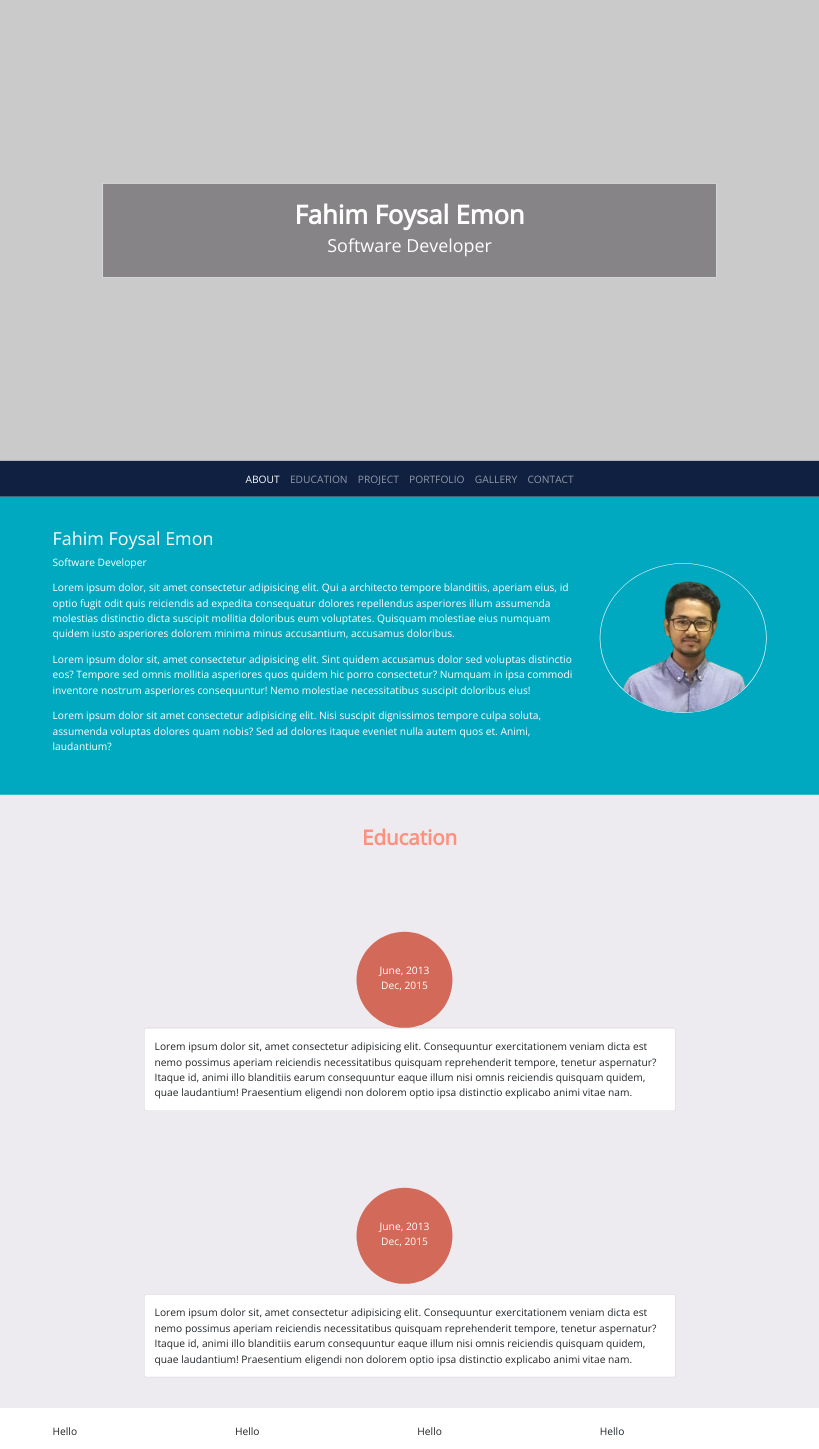
Repository: emowzz/emowzz.github.io
Page: index.html
An editor plug-in stored every save of this project. The page is shown before and after the next save, followed by the edit.
The browser window is 1280 px wide. The pictures show the whole page, at 64% of full size.
Some web libraries are served in a nearby version.

Above is the page before, as saved 2021-03-17 23:08:11.

### index.html
<!doctype html>
<html lang="en">

<head>
  <!-- Required meta tags -->
  <meta charset="utf-8">
  <meta name="viewport" content="width=device-width, initial-scale=1">
  <link rel="shortcut icon" type="image/png" href="./Image/myImgZoom.jpg">
  <!-- Bootstrap CSS -->
  <link href="https://cdn.jsdelivr.net/npm/bootstrap@5.0.0-beta2/dist/css/bootstrap.min.css" rel="stylesheet"
    integrity="sha384-BmbxuPwQa2lc/FVzBcNJ7UAyJxM6wuqIj61tLrc4wSX0szH/Ev+nYRRuWlolflfl" crossorigin="anonymous">
  <link rel="preconnect" href="https://fonts.gstatic.com">
  <link href="https://fonts.googleapis.com/css2?family=Open+Sans:wght@300&display=swap" rel="stylesheet">
  <link rel="stylesheet" href="./CSS/style.css">


  <title>Hi There, I'm Fahim Foysal Emon!</title>

  <script src="https://kit.fontawesome.com/a076d05399.js" crossorigin="anonymous"></script>
</head>

<body>

  <!-- this is banner section -->
  <section class="banner-container container-fluid">
    <div class="row vh-100">
      <div class="col-md-9 banner-column m-auto text-center text-white p-4 border border-light">
        <h1 class="display:4 fw-bolder">Fahim Foysal Emon</h1>
        <h3>Software Developer</h3>
      </div>
    </div>
  </section>

  <!-- this is nav-bar section -->
  <nav class="navbar navbar-expand-lg navbar-dark navbar-container">
    <div class="container-fluid">
      <button class="navbar-toggler" type="button" data-bs-toggle="collapse" data-bs-target="#navbarSupportedContent"
        aria-controls="navbarSupportedContent" aria-expanded="false" aria-label="Toggle navigation">
        <span class="navbar-toggler-icon"></span>
      </button>
      <div class="collapse navbar-collapse" id="navbarSupportedContent">
        <ul class="navbar-nav m-auto mb-2 mb-lg-0">
          <li class="nav-item">
            <a class="nav-link active" aria-current="page" href="#About">ABOUT</a>
          </li>
          <li class="nav-item">
            <a class="nav-link" href="#Education">EDUCATION</a>
          </li>
          <li class="nav-item">
            <a class="nav-link" href="#Project">PROJECT</a>
          </li>
          <li class="nav-item">
            <a class="nav-link" href="#Portfolio">PORTFOLIO</a>
          </li>
          <li class="nav-item">
            <a class="nav-link" href="#Gallery">GALLERY</a>
          </li>
          <li class="nav-item">
            <a class="nav-link" href="#Contact">CONTACT</a>
          </li>
        </ul>
      </div>
    </div>
  </nav>

  <!-- this is about section -->
  <div class="about-container" id="About">
    <div class="container">
      <div class="row align-items-center justify-content-center">
        <div class="col-md-9 py-5 text-white">
          <h3>Fahim Foysal Emon</h3>
          <p>Software Developer</p>
          <p>Lorem ipsum dolor, sit amet consectetur adipisicing elit. Qui a architecto tempore blanditiis, aperiam
            eius, id optio fugit odit quis reiciendis ad expedita consequatur dolores repellendus asperiores illum
            assumenda molestias distinctio dicta suscipit mollitia doloribus eum voluptates. Quisquam molestiae eius
            numquam quidem iusto asperiores dolorem minima minus accusantium, accusamus doloribus.</p>
          <p>Lorem ipsum dolor sit, amet consectetur adipisicing elit. Sint quidem accusamus dolor sed voluptas
            distinctio eos? Tempore sed omnis mollitia asperiores quos quidem hic porro consectetur? Numquam in ipsa
            commodi inventore nostrum asperiores consequuntur! Nemo molestiae necessitatibus suscipit doloribus eius!
          </p>
          <p>
            Lorem ipsum dolor sit amet consectetur adipisicing elit. Nisi suscipit dignissimos tempore culpa soluta,
            assumenda voluptas dolores quam nobis? Sed ad dolores itaque eveniet nulla autem quos et. Animi, laudantium?
          </p>
        </div>

        <div class="col-md-3 mb-4">
          <img src="/Image/myImg.png" alt="" class="img-fluid border rounded-circle border-light">
        </div>
      </div>
    </div>
  </div>

  <!-- this is education section -->
  <div class="education-container" id="Education">
    <div class="container">
      <div class="row text-center">
        <div class="col py-5">
          <h2 class="bg-redType-color fw-bolder">
            Education
          </h2>
        </div>
      </div>

      <div class="row my-4 py-5 align-items-center justify-content-center">
        <div class="col-md-2 pd-3 mx-5">
          <div class="circle text-center text-white">
            <p class="py-5">
              June, 2013 <br>
              Dec, 2015
            </p>
          </div>
        </div>

        <div class="col-md-9">
          <div class="card">
            <div class="card-body">
              Lorem ipsum dolor sit, amet consectetur adipisicing elit. Consequuntur exercitationem veniam dicta est
              nemo possimus aperiam reiciendis necessitatibus quisquam reprehenderit tempore, tenetur aspernatur? Itaque
              id, animi illo blanditiis earum consequuntur eaque illum nisi omnis reiciendis quisquam quidem, quae
              laudantium! Praesentium eligendi non dolorem optio ipsa distinctio explicabo animi vitae nam.
            </div>
          </div>
        </div>

      </div>

      <div class="row my-4 py-5 align-items-center justify-content-center">
        <div class="col-md-2 pb-3 mx-5">
          <div class="circle text-center text-white">
            <p class="py-5">
              June, 2013 <br>
              Dec, 2015
            </p>
          </div>
        </div>

        <div class="col-md-9">
          <div class="card">
            <div class="card-body">
              Lorem ipsum dolor sit, amet consectetur adipisicing elit. Consequuntur exercitationem veniam dicta est
              nemo possimus aperiam reiciendis necessitatibus quisquam reprehenderit tempore, tenetur aspernatur? Itaque
              id, animi illo blanditiis earum consequuntur eaque illum nisi omnis reiciendis quisquam quidem, quae
              laudantium! Praesentium eligendi non dolorem optio ipsa distinctio explicabo animi vitae nam.
            </div>
          </div>
        </div>

      </div>
    </div>
  </div>

  <!-- this is project section -->

  <div class="project-container">
    <div class="container">
      <div class="row">
        <div class="col-md-3">
          <p>Hello</p>
        </div>
        <div class="col-md-3">
          <p>Hello</p>
        </div>
        <div class="col-md-3">
          <p>Hello</p>
        </div>
        <div class="col-md-3">
          <p>Hello</p>
        </div>
      </div>
    </div>
  </div>

  <!-- Optional JavaScript; choose one of the two! -->

  <!-- Option 1: Bootstrap Bundle with Popper -->
  <script src="https://cdn.jsdelivr.net/npm/bootstrap@5.0.0-beta2/dist/js/bootstrap.bundle.min.js"
    integrity="sha384-b5kHyXgcpbZJO/tY9Ul7kGkf1S0CWuKcCD38l8YkeH8z8QjE0GmW1gYU5S9FOnJ0"
    crossorigin="anonymous"></script>

  <!-- Option 2: Separate Popper and Bootstrap JS -->
  <!--
    <script src="https://cdn.jsdelivr.net/npm/@popperjs/core@2.6.0/dist/umd/popper.min.js" integrity="sha384-KsvD1yqQ1/1+IA7gi3P0tyJcT3vR+NdBTt13hSJ2lnve8agRGXTTyNaBYmCR/Nwi" crossorigin="anonymous"></script>
    <script src="https://cdn.jsdelivr.net/npm/bootstrap@5.0.0-beta2/dist/js/bootstrap.min.js" integrity="sha384-nsg8ua9HAw1y0W1btsyWgBklPnCUAFLuTMS2G72MMONqmOymq585AcH49TLBQObG" crossorigin="anonymous"></script>
    -->
</body>

</html>

### CSS/style.css
body {
    font-family: 'Open Sans', sans-serif;
}


.banner-container {
    background-color: #CACACA;
}

.banner-column {
    background-color: #868486;
}

.navbar-container {
    background-color: #102040;
}

.about-container {
    background-color: #00A9C0;
}

.education-container {
    background-color: #eeebf0;
}

.bg-redType {
    background-color: #d36959;
}

.bg-redType-color {
    color: #FF907E;
}

.circle {
    background-color: #d36959;
    width: 150px;
    height: 150px;
    border-radius: 50%;
}

After the next save:
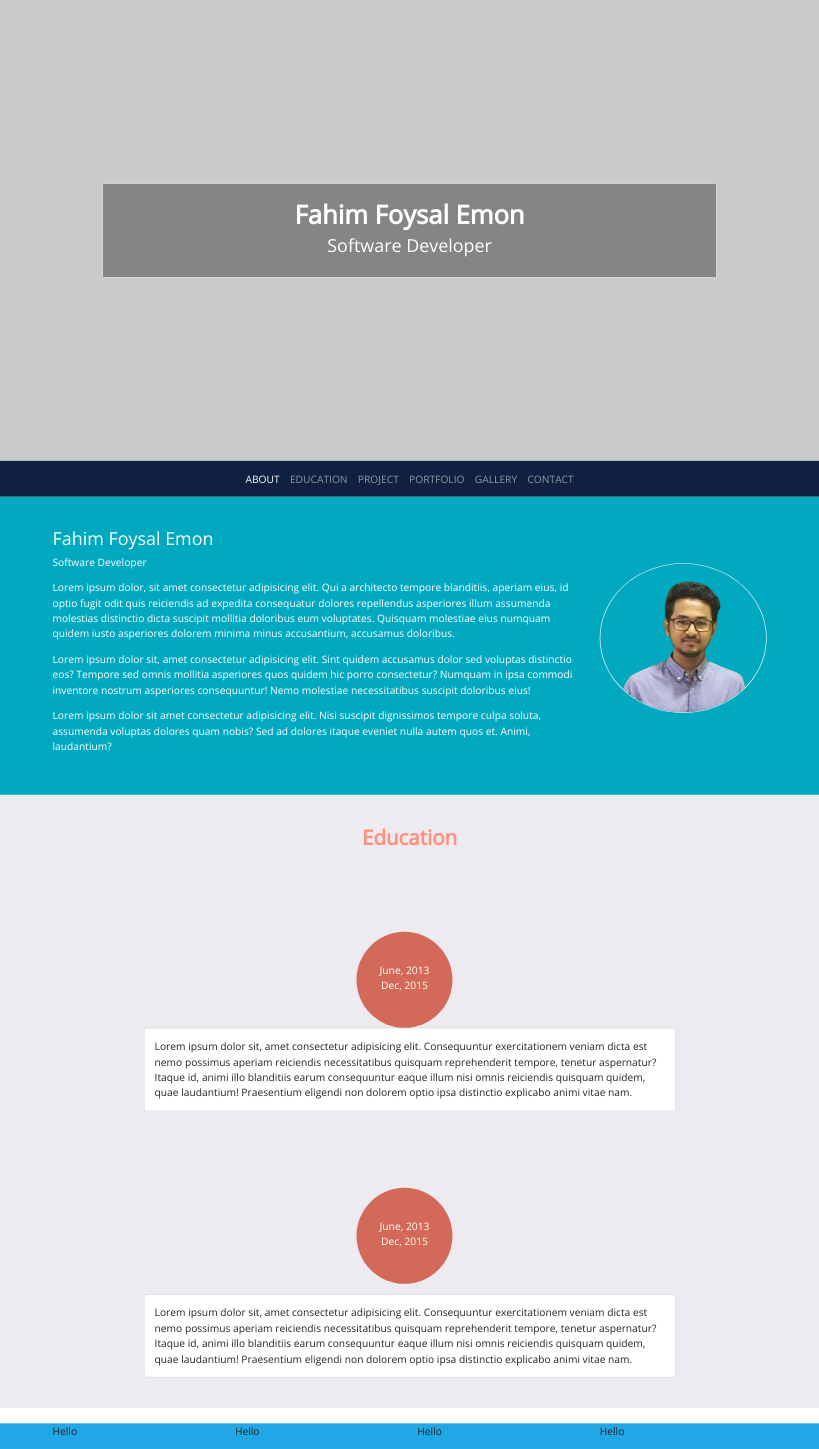
Saved 41 s later.
--- a/CSS/style.css
+++ b/CSS/style.css
@@ -37,3 +37,7 @@ body {
     height: 150px;
     border-radius: 50%;
 }
+
+.project-container {
+    background-color: #21A7E5;
+}
